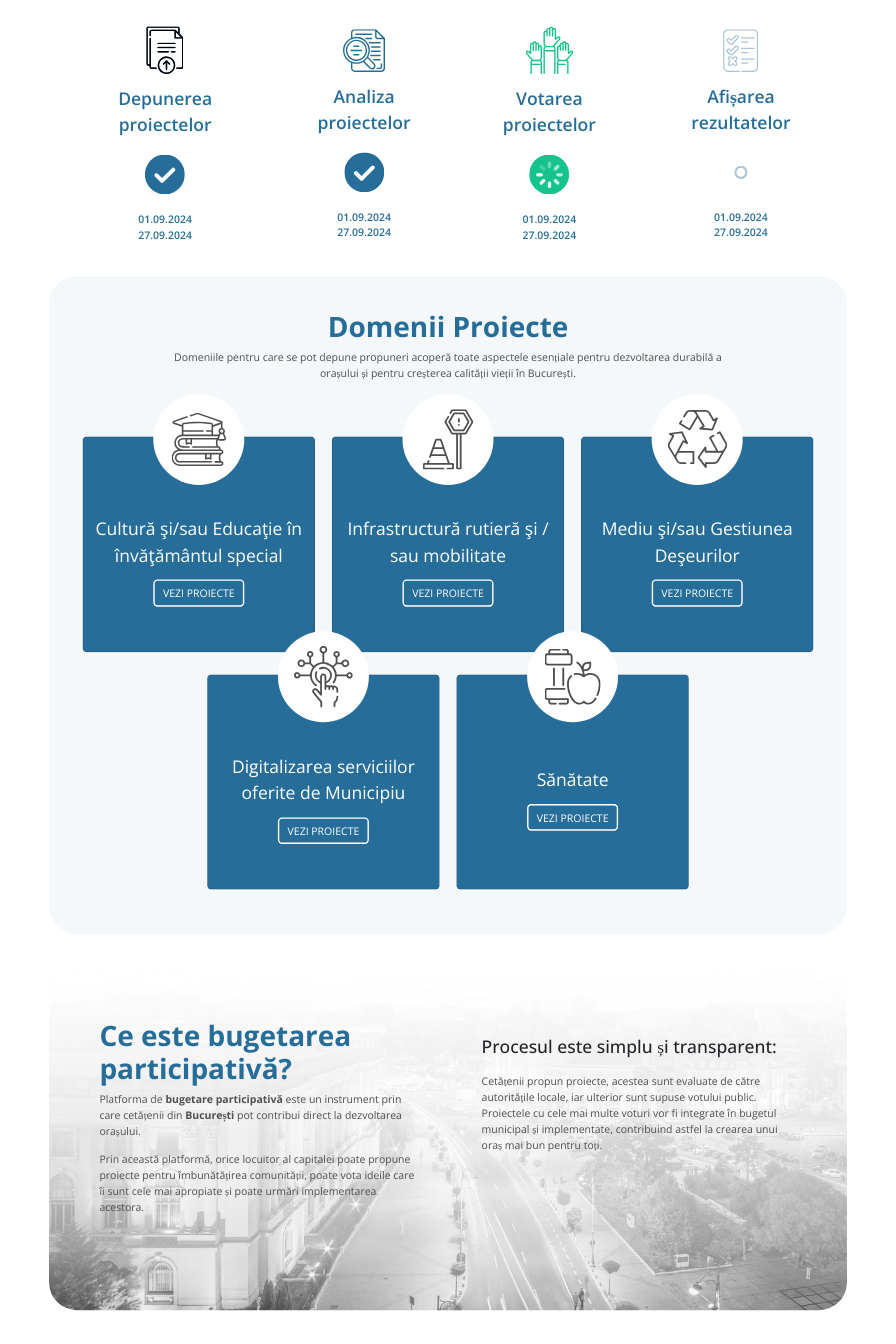
Repository: cosmin05072018/webis-task
Page: index.html
These files come from the project's save history. The page is drawn as it stood at one moment and after the next save; the edit follows.
The browser window is 1280 px wide. The pictures show the part of the page from y = 834 to 2754 px (the page is 2754 px tall), at 70% of full size.

Above is the page before, as saved 2024-10-05 16:29:02.

After the next save:
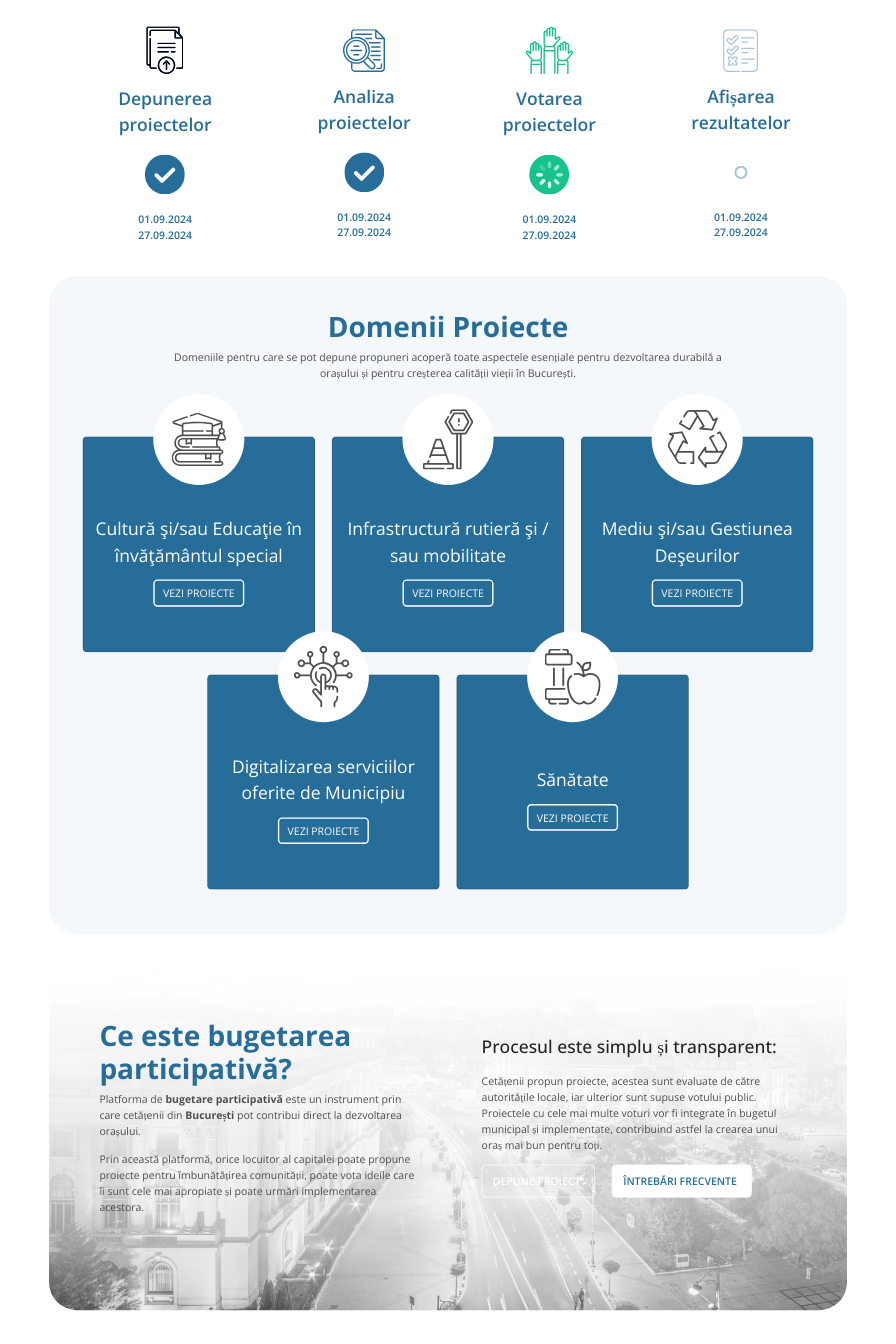
Saved 47 s later.
--- a/index.html
+++ b/index.html
@@ -251,6 +251,10 @@
         <p class="text mt-4">Cetățenii propun proiecte, acestea sunt evaluate de către autoritățile locale, iar ulterior sunt supuse votului public. Proiectele cu
           cele mai multe voturi vor fi integrate în bugetul municipal și implementate, contribuind astfel la crearea unui oraș mai bun pentru toți.
         </p>
+        <div class="d-flex buttons gap-4">
+          <a href="#" class="btn">DEPUNE PROIECT</a>
+          <a href="#" class="btn">ÎNTREBĂRI FRECVENTE</a>
+        </div>
     </div>
   </div>
 </div>
